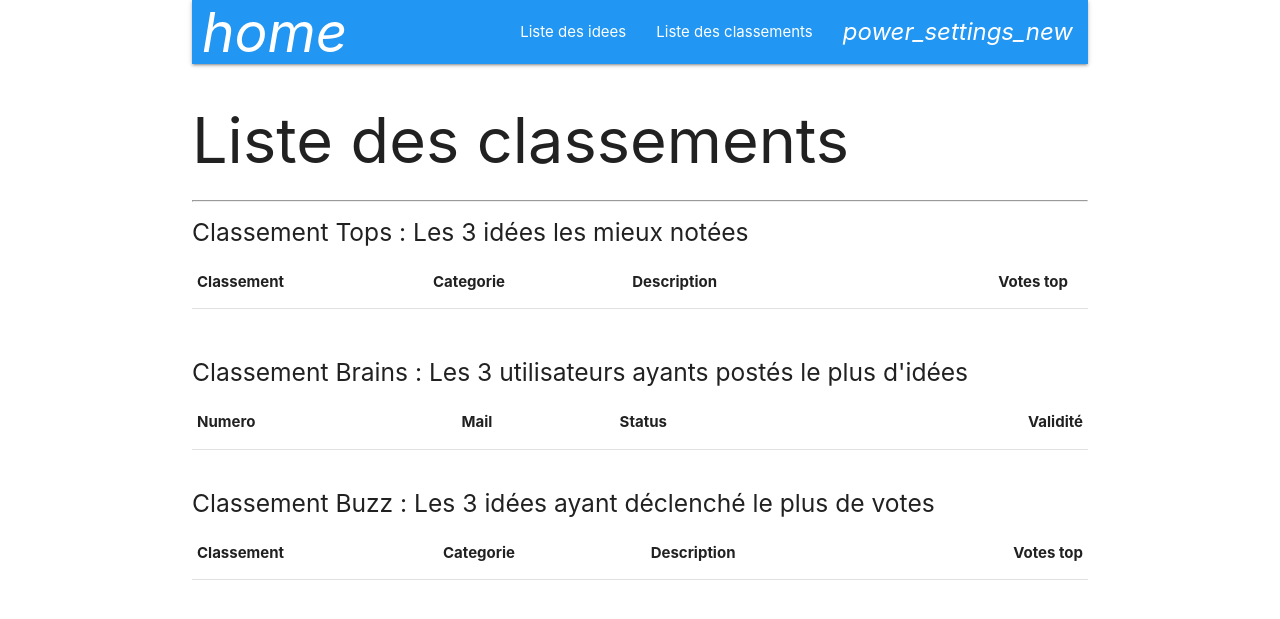
Repository: thdal/Atelier_JEE_16_02
Page: http://localhost/Atelier_JEE_16_02/WEB-INF/pages/classement/ListClassement.jsp
These files come from the project's save history. The page is drawn as it stood at one moment and after the next save; the edit follows.
The browser window is 1280 px wide. The pictures show the whole page.
The page is served by Tomcat 9. Nobody is signed in. Other server files are loaded and not shown. The template is opened directly, without the code that normally fills it, so the values that code supplies are empty.

Above is the page before, as saved 2021-02-27 14:44:21.

### Atelier_JEE_16_02/src/main/webapp/WEB-INF/pages/classement/ListClassement.jsp
<%@ page language="java" contentType="text/html; charset=ISO-8859-1"
    pageEncoding="ISO-8859-1"%>
<!DOCTYPE html>
<html>
<head>
<meta charset="ISO-8859-1">
<title>Insert title here</title>
</head>
<body>
<div class="container">
<%@ include file="../commons/MenuNavBar.jsp" %>
<h1>Liste des classements</h1>
<hr>

<h5>Classement Tops : Les 3 idées les mieux notées</h5>

<table style="margin-bottom:50px;" class="left">
   <thead>
       <tr>
           <th>Classement</th>
           <th>Categorie</th>
           <th>Description</th>
           <th style="text-align:right; padding-right:20px;" >Votes top</th>

       </tr>
   </thead>
   <tbody>
    <c:forEach items="${topsClassement}" var="tc" varStatus="loop">
	    <tr>
	    	<td>
	    	<c:if test="${loop.index eq 0 }">
	    	<img style="max-width:100px; max-height:100px" src="https://png.pngtree.com/png-vector/20191027/ourlarge/pngtree-gold-medal-vector-golden-1st-place-badge-sport-game-golden-challenge-png-image_1887633.jpg">
	    	</c:if>
	    	<c:if test="${loop.index eq 1 }">
	    	<img style="max-width:100px; max-height:100px" src="https://png.pngtree.com/png-vector/20191027/ourmid/pngtree-bronze-medal-vector-best-first-placement-winner-champion-number-one-3rd-png-image_1887553.jpg">
	    	</c:if>
	    	<c:if test="${loop.index eq 2 }">
	    	<img style="max-width:100px; max-height:100px" src="https://image.freepik.com/vecteurs-libre/medaille-argent-2e-place-argent_87720-2499.jpg">
	    	</c:if>
	        <td><c:out value="${tc.categorie}"/></td>
	        <td> <c:out value="${tc.description}"/>
	        </td>
	        <td  style="text-align:right; padding-right:40px;"><c:out value="${tc.topPercentage}%"/>
	        </td>
	    </tr>
	</c:forEach>
    </tbody>
 </table>

<h5>Classement Brains : Les 3 utilisateurs ayants postés le plus d'idées</h5>

<table style="margin-bottom:40px;" class="left">
   <thead>
       <tr>
       	   <th>Numero</th>
           <th>Mail</th>
           <th>Status</th>
           <th style="text-align:right;" >Validité</th>

       </tr>
   </thead>
   <tbody>
    <c:forEach items="${brainsClassement}" var="u" varStatus="loop">
	    <tr>
	    	<td>
	    	<c:if test="${loop.index eq 0 }">
	    	<img style="max-width:100px; max-height:100px" src="https://png.pngtree.com/png-vector/20191027/ourlarge/pngtree-gold-medal-vector-golden-1st-place-badge-sport-game-golden-challenge-png-image_1887633.jpg">
	    	</c:if>
	    	<c:if test="${loop.index eq 1 }">
	    	<img style="max-width:100px; max-height:100px" src="https://png.pngtree.com/png-vector/20191027/ourmid/pngtree-bronze-medal-vector-best-first-placement-winner-champion-number-one-3rd-png-image_1887553.jpg">
	    	</c:if>
	    	<c:if test="${loop.index eq 2 }">
	    	<img style="max-width:100px; max-height:100px" src="https://image.freepik.com/vecteurs-libre/medaille-argent-2e-place-argent_87720-2499.jpg">
	    	</c:if>
	    	</td>
	        <td><c:out value="${u.mail}"/></td>
	        <td>
	        <c:if test="${empty u.validated}">
	        	Non
	        </c:if>
	        <c:if test="${u.validated}">
	        	Oui
	        </c:if>
	        <c:if test="${u.validated == false}">
	        	Non
	        </c:if>
	        </td>
	        <td style="text-align:right;" >
	        <c:if test="${empty u.status}">
	        	Activé
	        </c:if>
	        <c:if test="${u.status}">
	        	Activé
	        </c:if>
	        <c:if test="${u.status == false}">
	        	Désactivé
	        </c:if>
	        </td>
	        <td>
	    </tr>
	</c:forEach>
    </tbody>
 </table>

<h5>Classement Buzz : Les 3 idées ayant déclenché le plus de votes</h5>

<table style="margin-bottom:50px;" class="left">
   <thead>
       <tr>
           <th>Classement</th>
           <th>Categorie</th>
           <th>Description</th>
           <th style="text-align:right;" >Votes top</th>

       </tr>
   </thead>
   <tbody>
    <c:forEach items="${buzzClassement}" var="b" varStatus="loop">
	    <tr>
	    	<td>
	    	<c:if test="${loop.index eq 0 }">
	    	<img style="max-width:100px; max-height:100px" src="https://png.pngtree.com/png-vector/20191027/ourlarge/pngtree-gold-medal-vector-golden-1st-place-badge-sport-game-golden-challenge-png-image_1887633.jpg">
	    	</c:if>
	    	<c:if test="${loop.index eq 1 }">
	    	<img style="max-width:100px; max-height:100px" src="https://png.pngtree.com/png-vector/20191027/ourmid/pngtree-bronze-medal-vector-best-first-placement-winner-champion-number-one-3rd-png-image_1887553.jpg">
	    	</c:if>
	    	<c:if test="${loop.index eq 2 }">
	    	<img style="max-width:100px; max-height:100px" src="https://image.freepik.com/vecteurs-libre/medaille-argent-2e-place-argent_87720-2499.jpg">
	    	</c:if>
	        <td><c:out value="${b.categorie}"/></td>
	        <td> <c:out value="${b.description}"/>
	        </td>
	        <td style="text-align:right; padding-right:40px;" ><c:out value="${b.topPercentage}"/>
	        </td>
	    </tr>
	</c:forEach>
    </tbody>
 </table>

</div>
</body>
</html>

### Atelier_JEE_16_02/src/main/webapp/WEB-INF/pages/commons/MenuNavBar.jsp
<head>
    <link rel="stylesheet" href="https://cdnjs.cloudflare.com/ajax/libs/materialize/1.0.0/css/materialize.min.css">
	  <link href="https://fonts.googleapis.com/icon?family=Material+Icons" rel="stylesheet">
	   <%@ taglib prefix="c" uri="http://java.sun.com/jsp/jstl/core" %>

</head>

 <nav class="blue">
    <div class="nav-wrapper">
      <a href="home" class="brand-logo"><i style="margin-left:10px; font-size:55px" class="large material-icons">home</i></a>
      <ul id="nav-mobile" class="right hide-on-med-and-down">
        <c:if test="${ sessionScope.Admin }">
        	<li><a href="user?action=list">Liste des utilisateurs</a></li>
    	</c:if>
        <li><a href="idees?action=list">Liste des idees</a></li>
        <li><a href="classements?action=list">Liste des classements</a></li>
        <li><a href="connexion"><i class="material-icons prefix">power_settings_new</i></a></li>

        <!-- <li><a href="users?action=list">Liste des utilisateurs</a></li>  -->
      </ul>
    </div>
  </nav>

    <script src="https://cdnjs.cloudflare.com/ajax/libs/materialize/1.0.0/js/materialize.min.js"></script>

After the next save:
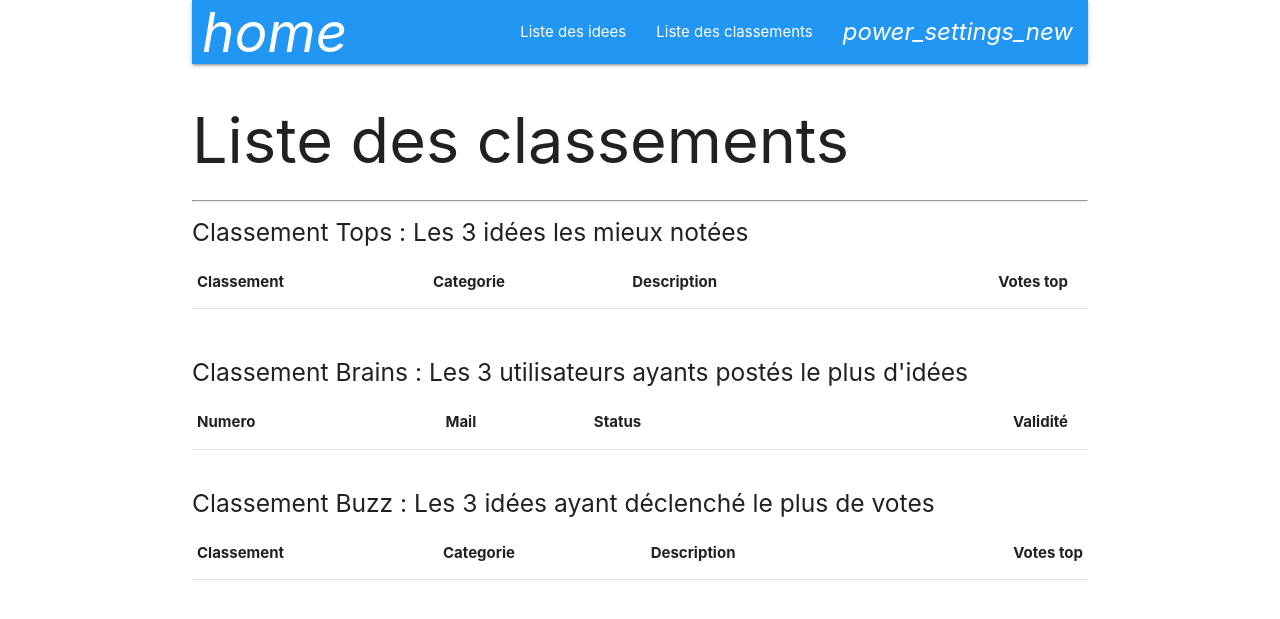
Saved 12 s later.
--- a/Atelier_JEE_16_02/src/main/webapp/WEB-INF/pages/classement/ListClassement.jsp
+++ b/Atelier_JEE_16_02/src/main/webapp/WEB-INF/pages/classement/ListClassement.jsp
@@ -55,7 +55,7 @@
        	   <th>Numero</th>
            <th>Mail</th>
            <th>Status</th>
-           <th style="text-align:right;" >Validité</th>
+           <th style="text-align:right; padding-right:20px;" >Validité</th>
 
        </tr>
    </thead>
